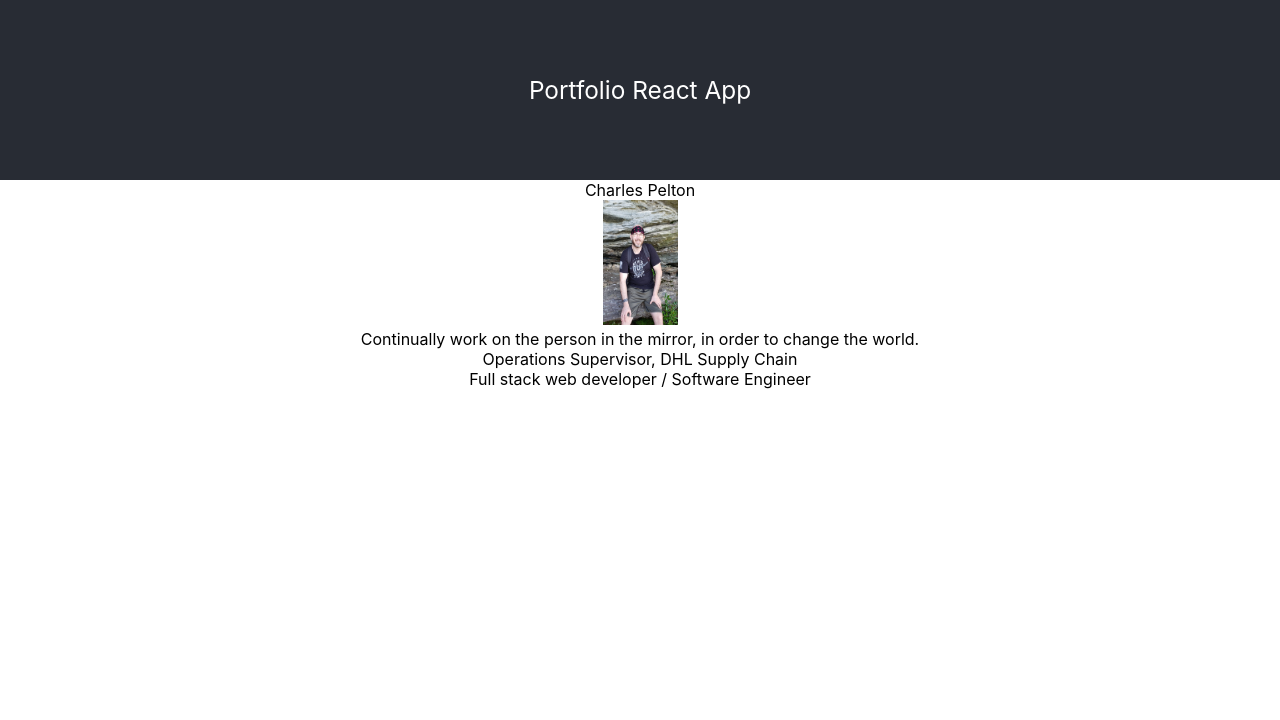
Repository: charliejp0311/PortfolioPage
Page: / (app in portfolio/)
An editor plug-in stored every save of this project. The page is shown before and after the next save, followed by the edit.
The browser window is 1280 px wide. The pictures show the whole page.
The project was rebuilt for these pictures with package versions that can differ from the ones it lists, and the page was loaded fresh each time.

Above is the page before, as saved 2020-12-03 19:21:50.

### portfolio/src/containers/App.js
import '../App.css';
import Me from '../components/me'


function App() {
  return (
    <div className="App">
      <header className="App-header">
        Portfolio React App
      </header>
      <Me />
    </div>
  );
}

export default App;

### portfolio/src/App.css
.App {
  text-align: center;
}

.App-logo {
  height: 40vmin;
  pointer-events: none;
}

@media (prefers-reduced-motion: no-preference) {
  .App-logo {
    animation: App-logo-spin infinite 20s linear;
  }
}

.App-header {
  background-color: #282c34;
  min-height: 25vh;
  display: flex;
  flex-direction: column;
  align-items: center;
  justify-content: center;
  font-size: calc(10px + 2vmin);
  color: white;
}

.App-link {
  color: #61dafb;
}

@keyframes App-logo-spin {
  from {
    transform: rotate(0deg);
  }
  to {
    transform: rotate(360deg);
  }
}

### portfolio/src/components/me.js
import { Component  } from "react";
import portfolioPic from "./images/summer2020.jpg";

class Me extends Component{
    state = {
        name: "Charles Pelton",
        moto: "Continually work on the person in the mirror, in order to change the world.",
        career: "Operations Supervisor, DHL Supply Chain",
        aspiration: "Full stack web developer / Software Engineer"
    }
    render(){
        return(
            <div id="me">
                {this.state.name}<br />
                <img src={portfolioPic} alt='Me' width='75' height='125' /><br />
                {this.state.moto}<br />
                {this.state.career}<br />
                {this.state.aspiration}
            </div>
        )
    }
};

export default Me;

Loaded but not shown: portfolio/public/index.html (common file); portfolio/src/index.js (common file); Portfolio/src/index.css (common file); portfolio/src/reportWebVitals.js (common file)

After the next save:
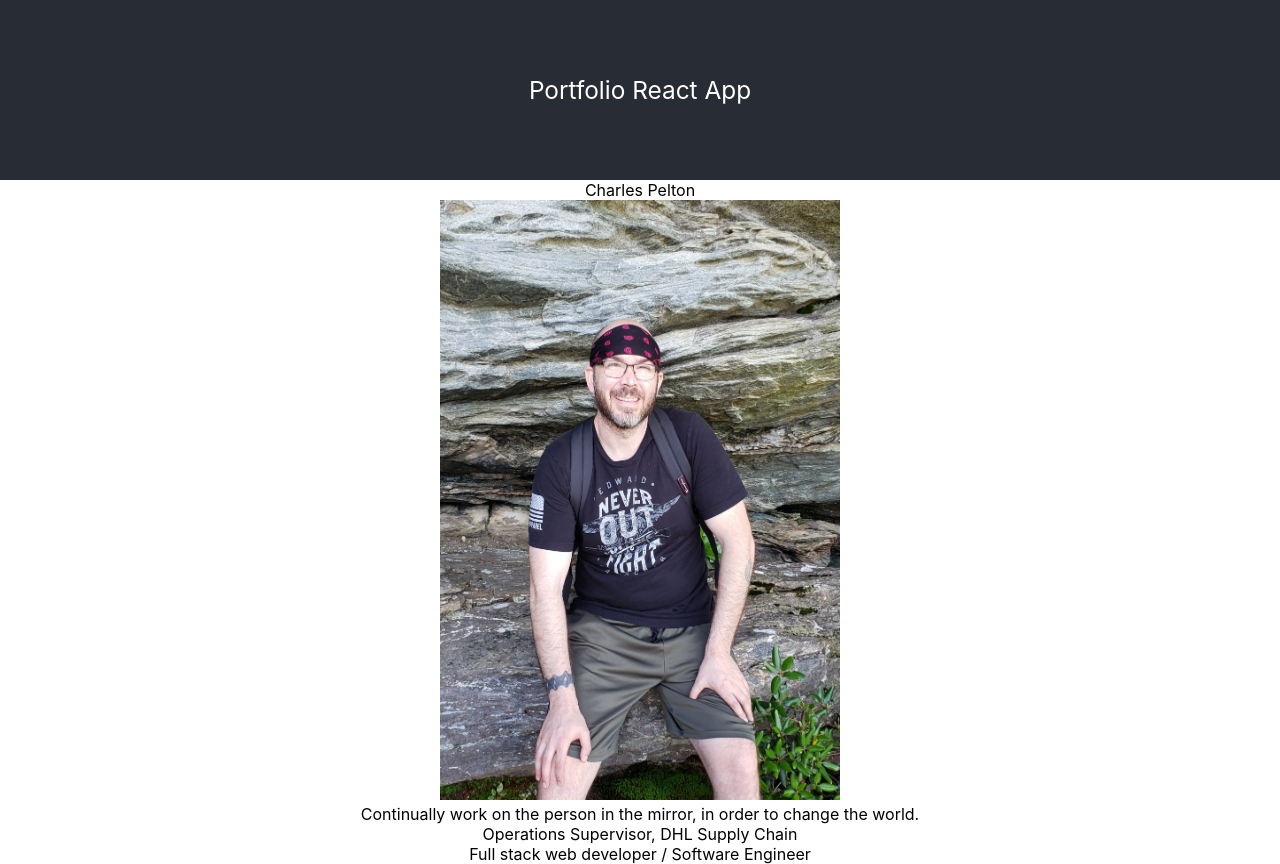
Saved 2 min 12 s later.
--- a/portfolio/src/components/me.js
+++ b/portfolio/src/components/me.js
@@ -12,7 +12,7 @@ class Me extends Component{
         return(
             <div id="me">
                 {this.state.name}<br />
-                <img src={portfolioPic} alt='Me' width='75' height='125' /><br />
+                <img src={portfolioPic} alt='Me' width='400' height='600' /><br />
                 {this.state.moto}<br />
                 {this.state.career}<br />
                 {this.state.aspiration}
